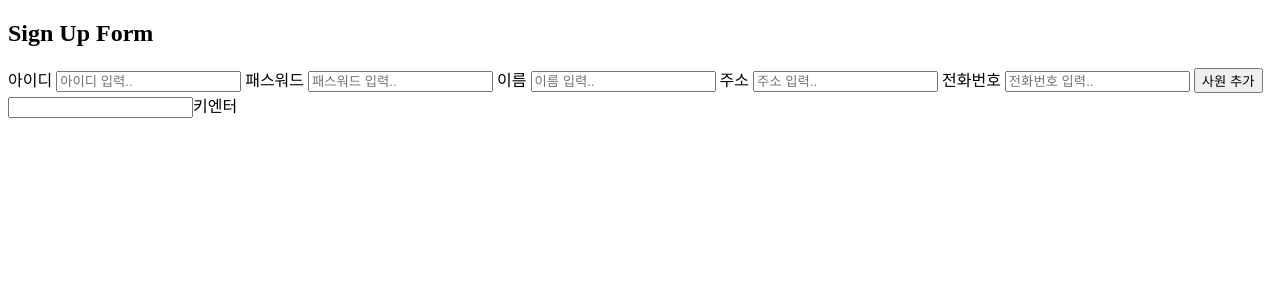
Repository: KangHoi/encore_vueWorkspace
Page: vue03_Event/WebContent/vue10_example.html
The author's editor kept a copy of each file at every save. The page is drawn from the files as they stood at one save, then again after the next save.
The browser window is 1280 px wide. The pictures show the whole page.

Above is the page before, as saved 2021-07-13 01:45:34.

### vue03_Event/WebContent/vue10_example.html
<!DOCTYPE html>
<html>
<head>
<meta charset="UTF-8">
<title>Insert title here</title>
<script src="https://cdn.jsdelivr.net/npm/vue/dist/vue.js"></script>
</head>
<body>
<div id ="second">
	<h2 v-html="title"></h2>
</div>

<section id="signup_section">
	<div id ="signup-form">
		<h2>Sign Up Form</h2>
		<form id="frm" action="main.do" method="post">

		<label><span>아이디</span></label>
		<input type="text" id="id" v-model="id" placeholder="아이디 입력..">
		<label><span>패스워드</span></label>
		<input type="password" id="password" v-model="password" placeholder="패스워드 입력..">
		<label><span>이름</span></label>
		<input type="text" id="name" v-model="name" placeholder="이름 입력..">
		<label><span>주소</span></label>
		<input type="text" id="address" v-model="address" placeholder="주소 입력..">
		<label><span>전화번호</span></label>
		<input type="text" id="phone" v-model="phone" placeholder="전화번호 입력..">

		<button type="submit"> 사원 추가 </button>
		<label><input>키엔터</label>
		</form>

	</div>
</section>
<script>
		var app = new Vue({
			el: '#app',
			data:{

			},
			computed: {
				displayInfo: function(){
					return this.id.length>0;
					return this.password.length>0;
					return this.name.length>0;
					return this.address.length>0;
					return this.phoneNumber.length>0;
				}
			}
		});

</script>
</body>
</html>

After the next save:
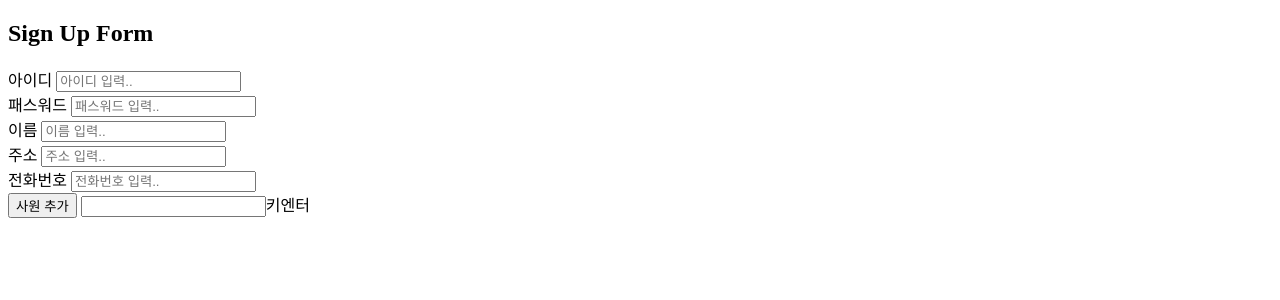
Saved 48 s later.
--- a/vue03_Event/WebContent/vue10_example.html
+++ b/vue03_Event/WebContent/vue10_example.html
@@ -16,15 +16,17 @@
 		<form id="frm" action="main.do" method="post">
 
 		<label><span>아이디</span></label>
-		<input type="text" id="id" v-model="id" placeholder="아이디 입력..">
+		<input type="text" id="id" v-model="id" placeholder="아이디 입력.."><br>
+
 		<label><span>패스워드</span></label>
-		<input type="password" id="password" v-model="password" placeholder="패스워드 입력..">
+		<input type="password" id="password" v-model="password" placeholder="패스워드 입력.."><br>
+
 		<label><span>이름</span></label>
-		<input type="text" id="name" v-model="name" placeholder="이름 입력..">
+		<input type="text" id="name" v-model="name" placeholder="이름 입력.."><br>
 		<label><span>주소</span></label>
-		<input type="text" id="address" v-model="address" placeholder="주소 입력..">
+		<input type="text" id="address" v-model="address" placeholder="주소 입력.."><br>
 		<label><span>전화번호</span></label>
-		<input type="text" id="phone" v-model="phone" placeholder="전화번호 입력..">
+		<input type="text" id="phone" v-model="phone" placeholder="전화번호 입력.."><br>
 
 		<button type="submit"> 사원 추가 </button>
 		<label><input>키엔터</label>
